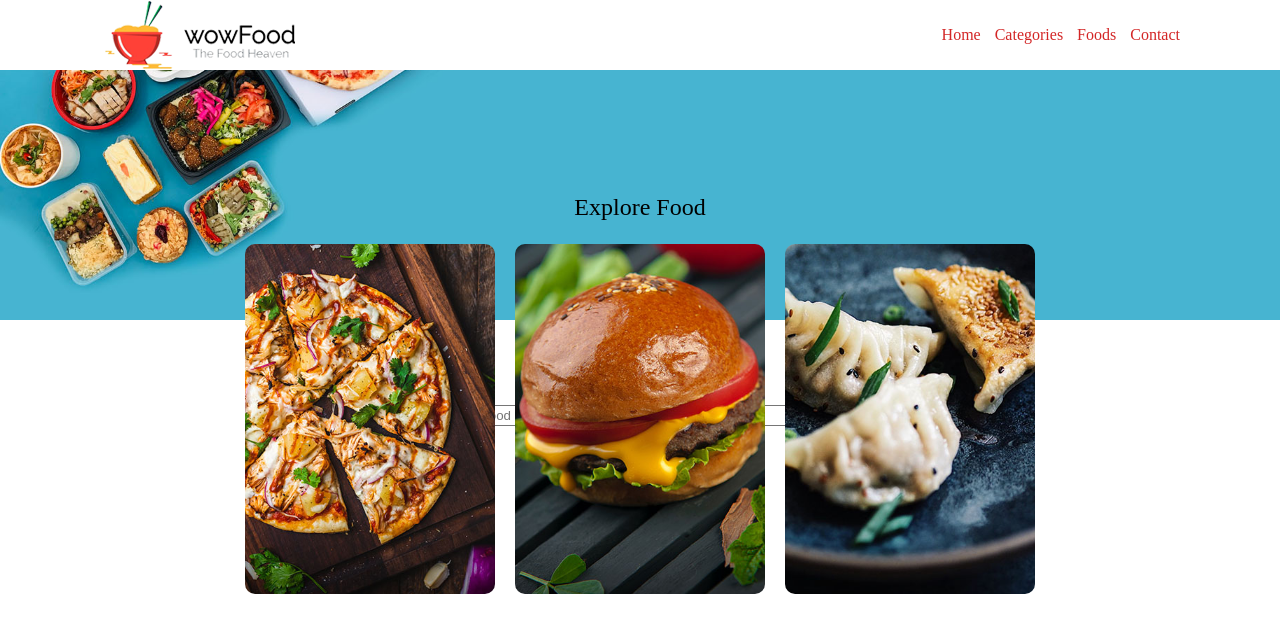
Repository: ruaruababa/WowFood
Page: index.html
An editor plug-in stored every save of this project. The page is shown before and after the next save, followed by the edit.
The browser window is 1280 px wide. The pictures show the whole page.

Above is the page before, as saved 2021-09-17 21:45:22.

After the next save:
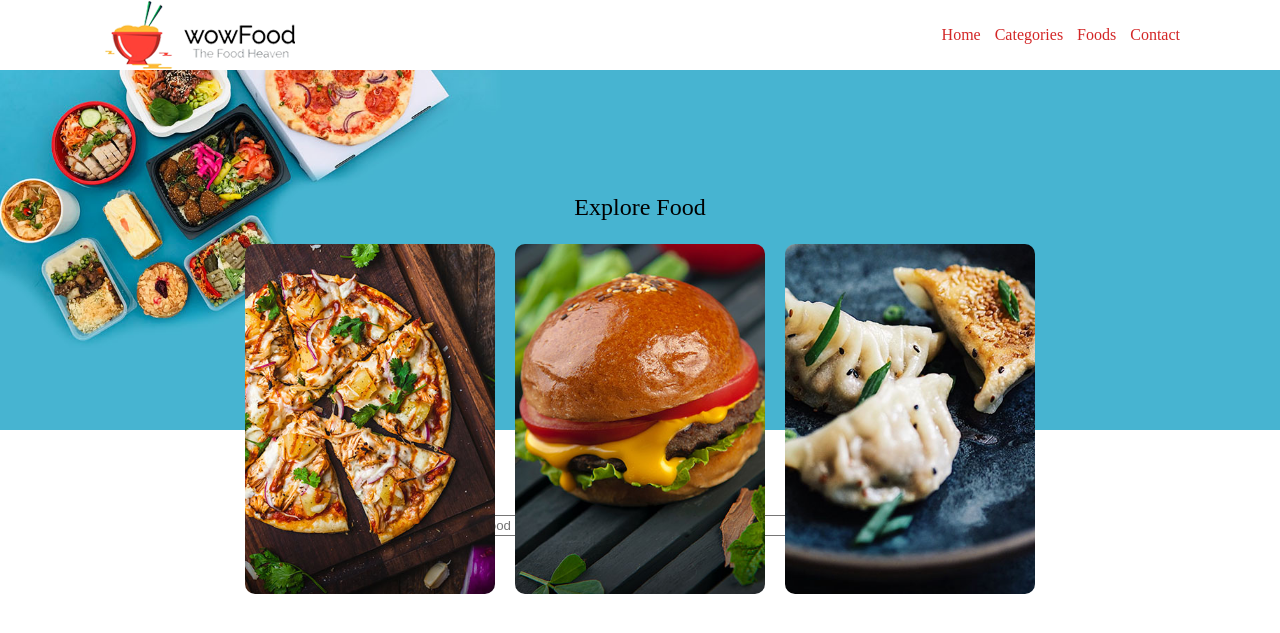
Saved 2 min 1 s later.
--- a/style.css
+++ b/style.css
@@ -32,7 +32,7 @@
     line-height: 100px;
 }
 .background-search img{
-    height: 250px;
+    height: 360px;
     width: 100%;
     object-fit: cover;
 }

After the save that followed:
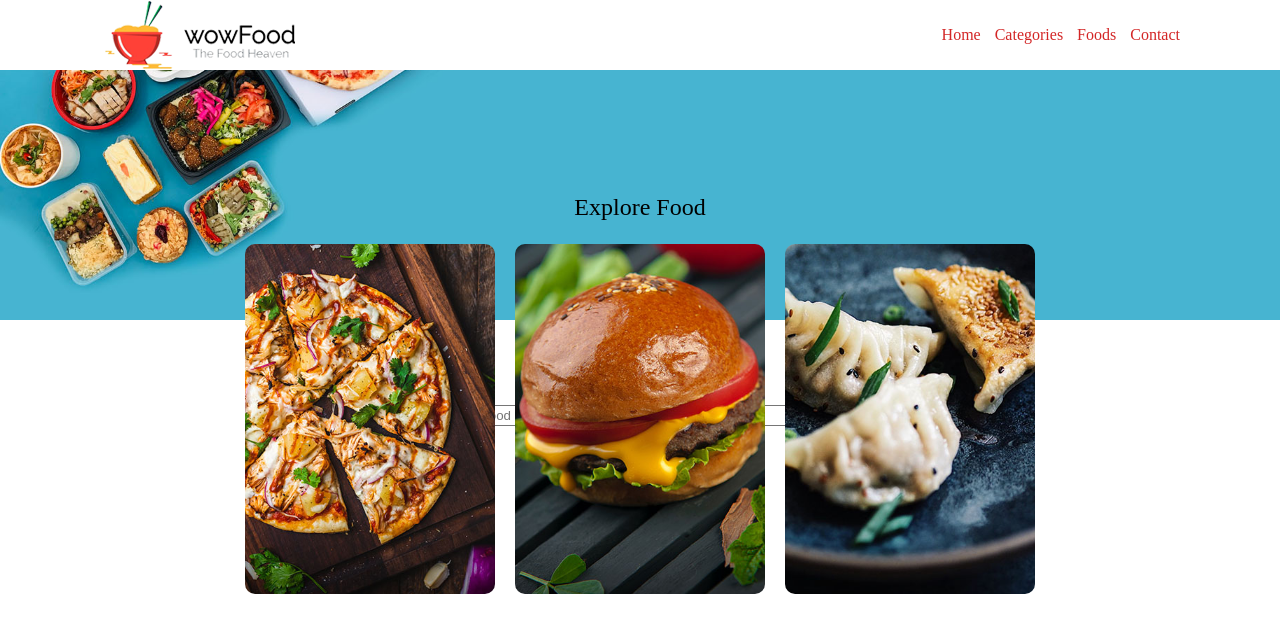
Saved 5 min 36 s later.
--- a/style.css
+++ b/style.css
@@ -32,7 +32,7 @@
     line-height: 100px;
 }
 .background-search img{
-    height: 360px;
+    height: 250px;
     width: 100%;
     object-fit: cover;
 }
